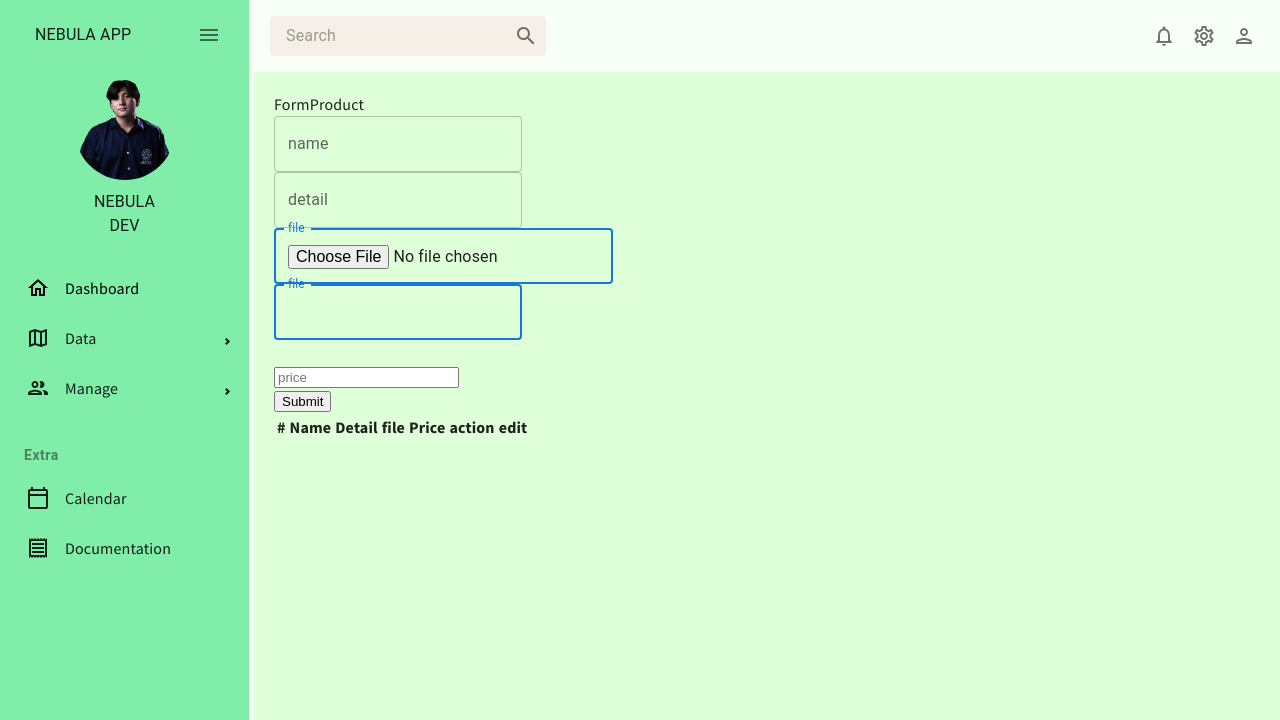
Repository: supakorn5039-boon/MERN
Page: /admin/viewtable (app in client/)
The author's editor kept a copy of each file at every save. The page is drawn from the files as they stood at one save, then again after the next save.
The browser window is 1280 px wide. The pictures show the whole page.
The page's requests for data from a server got no answer. The project was rebuilt for these pictures with package versions that can differ from the ones it lists, and the page was loaded fresh each time. No one was signed in, and anything a server would have sent is missing. Also part of the build but not shown: client/src/App.css, client/src/components/FormEditProducts.jsx.

Above is the page before, as saved 2023-11-01 14:08:12.

### client/src/index.css
@import url("https://fonts.googleapis.com/css2?family=Source+Sans+Pro:wght@400;600;700&display=swap");

html,
body,
#root,
.app,
.content {
  height: 100%;
  width: 100%;
  font-family: "Source Sans Pro", sans-serif;
  background-color: #f7fff7;
  overflow: hidden;
}
.content_body {
  background-color: rgb(223, 255, 216);
  width: 100%;
  height: 90%;
  overflow: scroll;
}
.app {
  display: flex;
  position: relative;
}
.menu-bars {
  text-decoration: none;
  color: #000;
}
::-webkit-scrollbar {
  width: 10px;
}

::-webkit-scrollbar-track {
  background: #e0e0e0;
}

::-webkit-scrollbar-thumb {
  background: #888;
}

::-webkit-scrollbar-thumb:hover {
  background: #555;
}

### client/src/App.js
import "./App.css";
import { BrowserRouter, Route, Routes } from "react-router-dom";
import FormProduct from "./components/FormProduct";
import FormEditProducts from "./components/FormEditProducts";

//Layout

import HeaderBar from "./layout/HeaderBar";
import SideBar from "./layout/SideBar";
import { CssBaseline, Box } from "@mui/material";

function App() {
  return (
    <BrowserRouter>
      <>
        <CssBaseline />
        <div className="app">
          <SideBar />
          <main className="content">
            <HeaderBar />
            <div className="content_body">
              <Box m="20px">
                <Routes>
                  <Route path="/admin/viewtable" element={<FormProduct />} />
                  <Route path="/edit/:id" element={<FormEditProducts />} />
                </Routes>
              </Box>
            </div>
          </main>
        </div>
      </>
    </BrowserRouter>
  );
}

export default App;

### client/src/components/FormProduct.js
import React, { useState, useEffect } from "react";
import { remove, create, getdata } from "../functions/product";
import { Box, TextField } from "@mui/material";

import { Link } from "react-router-dom";

const FormProduct = () => {
  const [data, setData] = useState([]);
  const [form, setForm] = useState([]);

  useEffect(() => {
    loadData();
  }, []);

  // Pull the data from backend  show on frontend  below
  const loadData = async () => {
    getdata()
      .then((res) => setData(res.data))
      .catch((err) => console.log(err));
  };

  const handleChange = (e) => {
    if (e.target.name === "file") {
      setForm({
        // ... copy function inside of useState in form if [] it's mean nothing
        ...form,
        [e.target.name]: e.target.files[0],
      });
    } else {
      setForm({
        ...form,
        [e.target.name]: e.target.value,
      });
    }
  };

  //Submit type and collect to backend
  const handleSubmit = async (e) => {
    e.preventDefault();

    const formWithImageData = new FormData();
    for (const key in form) {
      formWithImageData.append(key, form[key]);
    }

    create(formWithImageData)
      .then((res) => {
        console.log(res.data);

        // use data in submit show to frontend
        loadData();
      })
      .catch((err) => console.log(err));
  };
  const handleRemove = async (id) => {
    remove(id)
      .then((res) => {
        console.log(res);
        loadData();
      })
      .catch((err) => console.log(err));
  };

  // Webpage
  return (
    <div>
      FormProduct
      <form onSubmit={handleSubmit} encType="multipart/form-data">
        <div>
          <TextField
            id="outlined-basic"
            label="name"
            name="name"
            onChange={(e) => handleChange(e)}
            variant="outlined"
          />
        </div>
        <div>
          <TextField
            id="outlined-basic"
            label="detail"
            name="detail"
            onChange={(e) => handleChange(e)}
            variant="outlined"
          />
        </div>

        <div>
          <TextField
            type="file"
            id="outlined-basic"
            label="file"
            name="file"
            onChange={(e) => handleChange(e)}
            variant="outlined"
            focused
          />
        </div>

        <div>
          <TextField
            type="number"
            id="outlined-basic"
            label="file"
            name="file"
            onChange={(e) => handleChange(e)}
            variant="outlined"
            focused
          />
        </div>

        <br />
        <input
          type="text"
          name="price"
          onChange={(e) => handleChange(e)}
          placeholder="price"
        ></input>
        <br />
        <button>Submit</button>
      </form>
      <table className="table">
        <thead>
          <tr>
            <th scope="col">#</th>
            <th scope="col">Name</th>
            <th scope="col">Detail</th>
            <th scope="col">file</th>
            <th scope="col">Price</th>
            <th scope="col">action</th>
            <th scope="col">edit</th>
          </tr>
        </thead>
        <tbody>
          {data
            ? data.map((item, index) => (
                <tr key={index}>
                  <td>{index + 1}</td>
                  <td>{item.name}</td>
                  <td>{item.detail}</td>
                  <td>{item.file}</td>
                  <td>{item.price}</td>
                  <td onClick={() => handleRemove(item._id)}>Delete</td>
                  <td>
                    <Link to={"/edit/" + item._id}>Edit</Link>
                  </td>
                </tr>
              ))
            : null}
        </tbody>
      </table>
    </div>
  );
};

export default FormProduct;

### client/src/layout/HeaderBar.js
import react, { useState } from "react";
import { Box, IconButton, Menu, MenuItem } from "@mui/material";
import InputBase from "@mui/material/InputBase";
import NotificationsOutlinedIcon from "@mui/icons-material/NotificationsOutlined";
import SettingsOutlinedIcon from "@mui/icons-material/SettingsOutlined";
import PersonOutlinedIcon from "@mui/icons-material/PersonOutlined";
import SearchIcon from "@mui/icons-material/Search";
import { Link } from "react-router-dom";

const HeaderBar = () => {
  const [anchorEl, setAnchorEl] = useState(null);

  const handleMenu = (event) => {
    setAnchorEl(event.currentTarget);
  };

  const handleClose = () => {
    setAnchorEl(null);
  };
  return (
    <Box display="flex" justifyContent="space-between" p={2}>
      {/* search  */}
      <Box display="flex" borderRadius="3px" backgroundColor="#F5EFE7">
        <InputBase sx={{ ml: 2, flex: 1 }} placeholder="Search" />
        <IconButton type="button" sx={{ p: 1 }}>
          <SearchIcon />
        </IconButton>
      </Box>

      {/* icons */}
      <Box display="flex">
        <IconButton>
          <NotificationsOutlinedIcon />
        </IconButton>
        <IconButton>
          <SettingsOutlinedIcon />
        </IconButton>
        <IconButton>
          <PersonOutlinedIcon onClick={handleMenu} />
          <Menu
            id="menu-appbar"
            anchorEl={anchorEl}
            anchorOrigin={{
              vertical: "top",
              horizontal: "right",
            }}
            keepMounted
            transformOrigin={{
              vertical: "top",
              horizontal: "right",
            }}
            open={Boolean(anchorEl)}
            onClose={handleClose}
          >
            <Link to="#" className="menu-bars">
              <MenuItem onClick={handleClose}>Profile</MenuItem>
            </Link>
            <Link to="#" className="menu-bars">
              <MenuItem onClick={handleClose}>My account</MenuItem>
            </Link>
          </Menu>
        </IconButton>
      </Box>
    </Box>
  );
};

export default HeaderBar;

### client/src/layout/SideBar.js
import React, { useState } from "react";
import {
  Sidebar,
  Menu,
  MenuItem,
  SubMenu,
  SidebarFooter,
} from "react-pro-sidebar";
import { Box, IconButton, Typography, useTheme, Badge } from "@mui/material";
import { Link } from "react-router-dom";

import HomeOutlinedIcon from "@mui/icons-material/HomeOutlined";
import PeopleOutlinedIcon from "@mui/icons-material/PeopleOutlined";
import ReceiptOutlinedIcon from "@mui/icons-material/ReceiptOutlined";
import CalendarTodayOutlinedIcon from "@mui/icons-material/CalendarTodayOutlined";
import BarChartOutlinedIcon from "@mui/icons-material/BarChartOutlined";
import PieChartOutlineOutlinedIcon from "@mui/icons-material/PieChartOutlineOutlined";
import MenuOutlinedIcon from "@mui/icons-material/MenuOutlined";
import MapOutlinedIcon from "@mui/icons-material/MapOutlined";
import TableViewIcon from "@mui/icons-material/TableView";
const SideBar = () => {
  const [isCollapsed, setisCollapsed] = useState(false);
  const [toggled, setToggled] = useState(false);
  const [broken, setBroken] = useState(false);

  return (
    <div
      style={{
        display: "flex",
        height: "100%",
      }}
    >
      <Sidebar
        collapsed={isCollapsed}
        toggled={toggled}
        onBackdropClick={() => setToggled(false)}
        onBreakPoint={setBroken}
        backgroundColor="#80EDA8"
        breakPoint="md"
        style={{ height: "100%" }}
      >
        <div
          style={{ display: "flex", flexDirection: "column", height: "100%" }}
        >
          <div style={{ flex: 1, marginBottom: "32px" }}>
            <Menu iconShape="square">
              {/* LOGO */}
              <MenuItem
                onClick={() => setisCollapsed(!isCollapsed)}
                icon={isCollapsed ? <MenuOutlinedIcon /> : undefined}
                style={{
                  margin: "10px 0 20px 0",
                }}
              >
                {!isCollapsed && (
                  <Box
                    display="flex"
                    justifyContent="space-between"
                    alignItems="center"
                    ml="15px"
                  >
                    <Typography>NEBULA APP</Typography>
                    <IconButton onClick={() => setisCollapsed(!isCollapsed)}>
                      <MenuOutlinedIcon />
                    </IconButton>
                  </Box>
                )}
              </MenuItem>
              {!isCollapsed && (
                <Box mb="25px">
                  <Box
                    display="flex"
                    justifyContent="center"
                    alignItems="center"
                  >
                    <img
                      alt="profile-user"
                      width="100px"
                      height="100px"
                      src={`/assets/Photo.png`}
                      style={{ cursor: "pointer", borderRadius: "50%" }}
                    />
                  </Box>
                  <Box textAlign="center">
                    <Typography sx={{ m: "10px 0 0 0" }}>NEBULA</Typography>
                    <Typography>DEV </Typography>
                  </Box>
                </Box>
              )}

              <Link to="/admin" className="menu-bars">
                <MenuItem icon={<HomeOutlinedIcon />}>Dashboard</MenuItem>
              </Link>

              <SubMenu icon={<MapOutlinedIcon />} label="Data">
                <Link to={"/admin/viewtable"} className="menu-bars">
                  <MenuItem icon={<TableViewIcon />}>Table</MenuItem>
                </Link>
                <MenuItem icon={<BarChartOutlinedIcon />}>
                  {" "}
                  Line charts
                </MenuItem>
              </SubMenu>

              <SubMenu label="Manage" icon={<PeopleOutlinedIcon />}>
                <Link to={"/admin/manage"} className="menu-bars">
                  <MenuItem>User</MenuItem>
                </Link>
                <MenuItem> Admin</MenuItem>
              </SubMenu>
            </Menu>

            <div
              style={{
                padding: "0 24px",
                marginBottom: "8px",
                marginTop: "32px",
              }}
            >
              <Typography
                variant="body2"
                fontWeight={600}
                style={{
                  opacity: isCollapsed ? 0 : 0.5,
                  letterSpacing: "0.5px",
                }}
              >
                Extra
              </Typography>
            </div>

            <Menu>
              <MenuItem icon={<CalendarTodayOutlinedIcon />}>Calendar</MenuItem>
              <MenuItem icon={<ReceiptOutlinedIcon />}>Documentation</MenuItem>
            </Menu>
          </div>
        </div>
      </Sidebar>
      <main>
        <div style={{ padding: "16px 2px ", color: "#44596e" }}>
          <div style={{ marginBottom: "16px" }}>
            {broken && (
              <IconButton onClick={() => setToggled(!toggled)}>
                <MenuOutlinedIcon />
              </IconButton>
            )}
          </div>
        </div>
      </main>
    </div>
  );
};
export default SideBar;

### client/src/functions/product.js
import axios from "axios";
import { appCheck, getToken } from "../firebase";

const GenerateToken = async () => {
  try {
    const token = await getToken(appCheck);
    return token;
  } catch (err) {
    console.log(err);
    return null;
  }
};

export const remove = async (id) =>
  await axios.delete(process.env.REACT_APP_API + "/product/" + id);

export const create = async (data) =>
  await axios.post(process.env.REACT_APP_API + "/product", data);

export const getdata = async () => {
  const boon = await GenerateToken();
  console.log("boon token", boon);
  return await axios.get(process.env.REACT_APP_API + "/product", {
    headers: {
      "X-Firebase-AppCheck": boon.token,
    },
  });
};

export const read = async (id) => {
  return await axios.get(process.env.REACT_APP_API + "/product/" + id);
};

export const updated = async (id, data) => {
  return await axios.put(process.env.REACT_APP_API + "/product/" + id, data);
};

### client/src/firebase.js
import { initializeApp } from "firebase/app";
import { getAnalytics } from "firebase/analytics";
import {
  initializeAppCheck,
  ReCaptchaV3Provider,
  getToken,
} from "firebase/app-check";

const firebaseConfig = {
  apiKey: "AIzaSyBBM6ayVSyx_ET3Nlx3cLt0ngnVWywZbPM",
  authDomain: "ws-ac-de4c7.firebaseapp.com",
  projectId: "ws-ac-de4c7",
  storageBucket: "ws-ac-de4c7.appspot.com",
  messagingSenderId: "289463955788",
  appId: "1:289463955788:web:0a17ed261d7a3b6a8edfe9",
  measurementId: "G-FX5SNJL1DR",
};

// Initialize Firebase
const app = initializeApp(firebaseConfig);
const analytics = getAnalytics(app);

const appCheck = initializeAppCheck(app, {
  provider: new ReCaptchaV3Provider("6Leql-IoAAAAAA7WR4PGgxlusjWs3nhkkHNlLg7r"),

  // Optional argument. If true, the SDK automatically refreshes App Check
  // tokens as needed.
  isTokenAutoRefreshEnabled: true,
});

export { appCheck, getToken };

Loaded but not shown: client/public/index.html (common file); client/src/index.js (common file); client/src/reportWebVitals.js (common file)

After the next save:
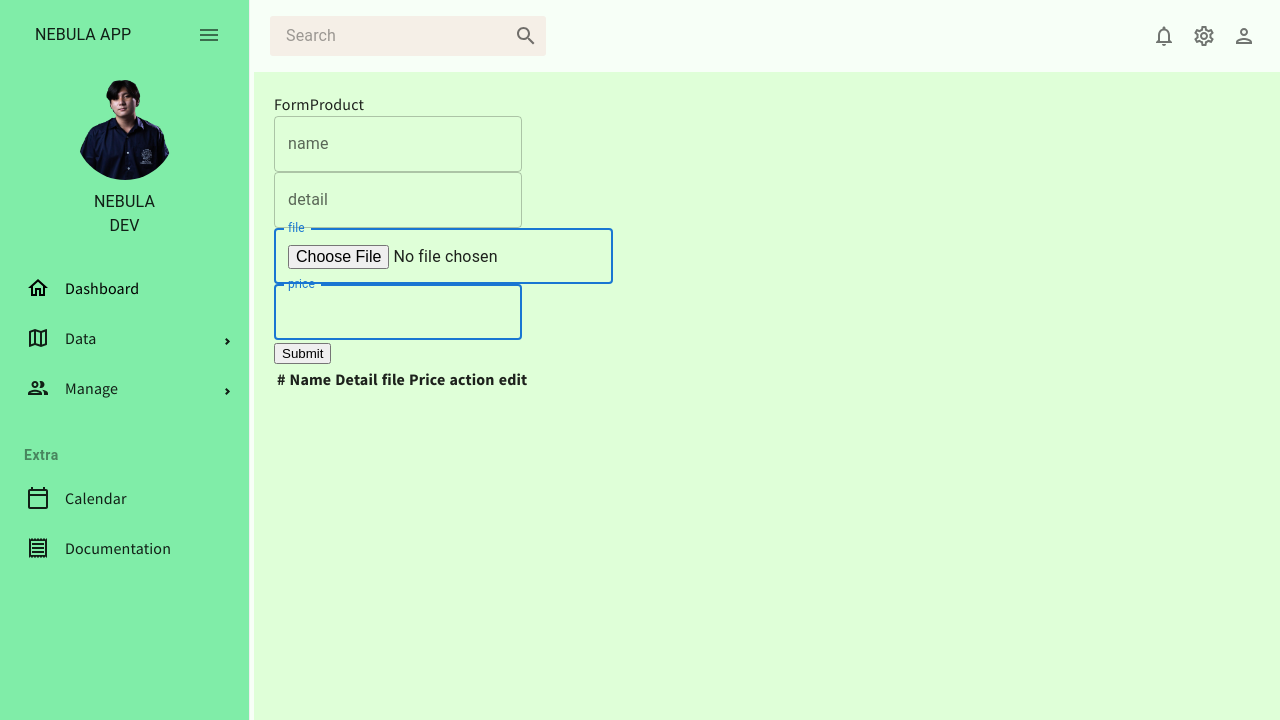
Saved 36 s later.
--- a/client/src/components/FormProduct.js
+++ b/client/src/components/FormProduct.js
@@ -101,22 +101,14 @@ const FormProduct = () => {
           <TextField
             type="number"
             id="outlined-basic"
-            label="file"
-            name="file"
+            label="price"
+            name="price"
             onChange={(e) => handleChange(e)}
             variant="outlined"
             focused
           />
         </div>
 
-        <br />
-        <input
-          type="text"
-          name="price"
-          onChange={(e) => handleChange(e)}
-          placeholder="price"
-        ></input>
-        <br />
         <button>Submit</button>
       </form>
       <table className="table">
